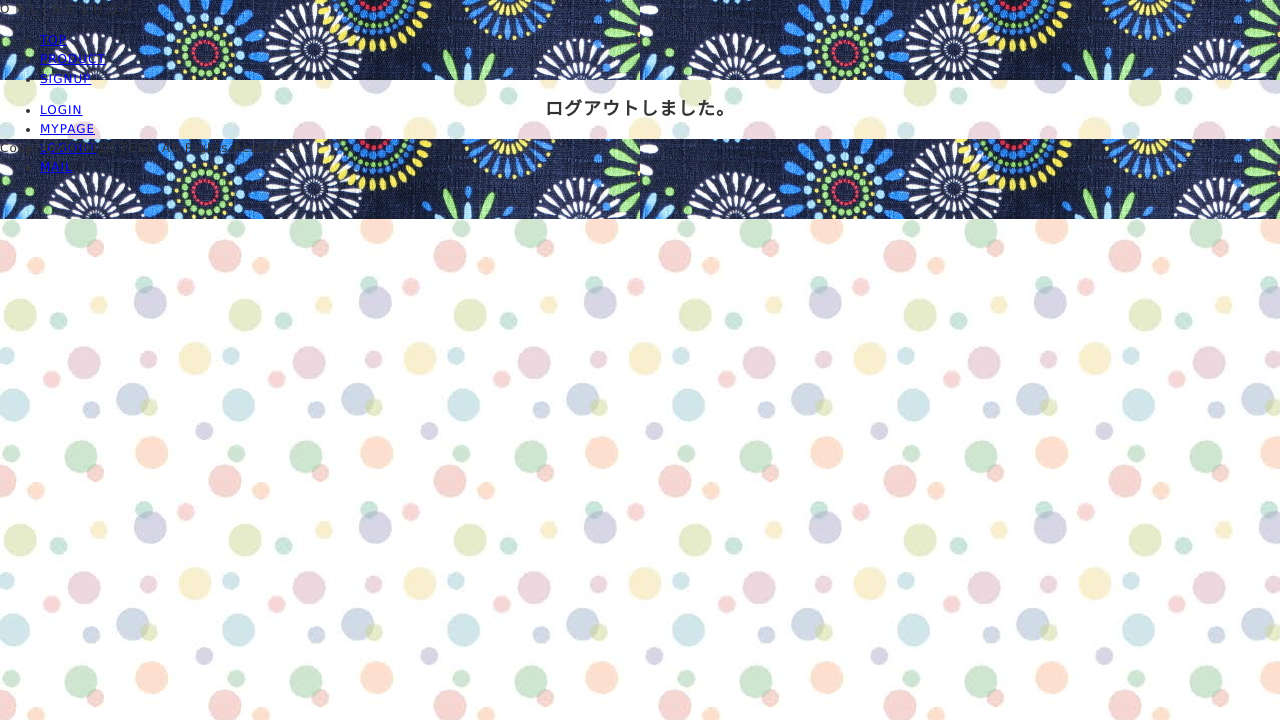
Repository: rt-1217/j2
Page: http://localhost/ecsite01/logout.jsp
An editor plug-in stored every save of this project. The page is shown before and after the next save, followed by the edit.
The browser window is 1280 px wide. The pictures show the whole page.
Some web fonts or font styles are not loaded; a fallback is used. The page is served by Tomcat 9. Other server files are loaded and not shown.

Above is the page before, as saved 2018-05-30 02:14:48.

### ecsite01/WebContent/logout.jsp
<%@ page language="java" contentType="text/html; charset=UTF-8"
    pageEncoding="UTF-8"%>
    <%@ taglib prefix="s" uri="/struts-tags" %>
<!DOCTYPE html PUBLIC "-//W3C//DTD HTML 4.01 Transitional//EN" "http://www.w3.org/TR/html4/loose.dtd">
<html>
<head>
<meta http-equiv="Content-Type" content="text/html; charset=UTF-8">
<meta http-equiv="Content-Style-Type" content="text/css" />
<meta http-equiv="Content-Script-Type" content="text/javascript" />
<meta http-equiv="imagetoolbar" content="no" />
<meta name="description" content="" />
<meta name="keywords" content="" />
<!-- CSSの読み込み -->
<link rel="stylesheet" type="text/css" href="./css/basis.css">
<link rel="stylesheet" type="text/css" href="./css/table.css">
<style>
@import url('https://fonts.googleapis.com/css?family=Press+Start+2P');
</style>
<link href="https://fonts.googleapis.com/css?family=Mystery+Quest" rel="stylesheet">

<title></title>
</head>
<body>
<s:include value="header.jsp"/>

<div id="main">
<h2>ログアウトしました。</h2>
</div>
<s:include value="footer.jsp"/>
</body>
</html>

### ecsite01/WebContent/header.jsp
<%@ page language="java" contentType="text/html; charset=UTF-8"
    pageEncoding="UTF-8"%>
        <%@ taglib prefix="s" uri="/struts-tags" %>
<!DOCTYPE html PUBLIC "-//W3C//DTD HTML 4.01 Transitional//EN" "http://www.w3.org/TR/html4/loose.dtd">
<html>
<head>
<meta http-equiv="Content-Type" content="text/html; charset=UTF-8">
<meta http-equiv="Content-Style-Type" content="text/css" />
<meta http-equiv="Content-Script-Type" content="text/javascript" />
<meta http-equiv="imagetoolbar" content="no" />
<meta name="description" content="" />
<meta name="keywords" content="" />
<!-- CSSの読み込み -->
<link rel="stylesheet" type="text/css" href="./css/basis.css">
<link rel="stylesheet" type="text/css" href="./css/table.css">
<style>
@import url('https://fonts.googleapis.com/css?family=Press+Start+2P');
</style>
<link href="https://fonts.googleapis.com/css?family=Mystery+Quest" rel="stylesheet">


<title>Header</title>
</head>
<body>


<div id="header">
<div class="header-logo">O N L I N E   S H O P </div>

<div class="top-menu">

<div class="left-list">
<ul class="top-li">
<li><a href='<s:url action="GoHomeAction"/>'>TOP</a></li>
<li><a href='<s:url action="ProductPageAction"/>'>PRODUCT</a></li>
<li><a href='<s:url action="UserCreateAction"/>'>SIGNUP</a></li>
</ul>
</div>

<div class="right-list">
<ul>
<li><a href='<s:url action="GoLoginAction"/>'>LOGIN</a></li>
<li><a href='<s:url action="MyPageAction"/>'>MYPAGE</a></li>
<li><a href='<s:url action="LogoutAction"/>'>LOGOUT</a></li>
<li><a href='<s:url action="InquiryAction"/>'>MAIL</a></li>
</ul>

</div>




</div>

</div>
</body>
</html>

### ecsite01/WebContent/footer.jsp
<%@ page language="java" contentType="text/html; charset=UTF-8"
    pageEncoding="UTF-8"%>
        <%@ taglib prefix="s" uri="/struts-tags" %>
<!DOCTYPE html PUBLIC "-//W3C//DTD HTML 4.01 Transitional//EN" "http://www.w3.org/TR/html4/loose.dtd">
<html>
<head>
<meta http-equiv="Content-Type" content="text/html; charset=UTF-8">
<meta http-equiv="Content-Style-Type" content="text/css" />
<meta http-equiv="Content-Script-Type" content="text/javascript" />
<meta http-equiv="imagetoolbar" content="no" />
<meta name="description" content="" />
<meta name="keywords" content="" />
<!-- CSSの読み込み -->
<link rel="stylesheet" type="text/css" href="./css/basis.css">
<link rel="stylesheet" type="text/css" href="./css/table.css">
<style>
@import url('https://fonts.googleapis.com/css?family=Press+Start+2P');
</style>
<link href="https://fonts.googleapis.com/css?family=Mystery+Quest" rel="stylesheet">
<title>Insert title here</title>
</head>
<body>




<div id="footer">
<div class="fotter-message">
Copyright©2018 TEST. All Rights Reserved.

</div>

</div>

</body>
</html>

### ecsite01/WebContent/css/basis.css
@CHARSET "UTF-8";

/* ========TAG LAYOUT======== */
body {
margin:0;
padding:0;
line-height:1.6;
letter-spacing:1px;
font-family:Verdana, Helvetica, sans-serif;
font-size:12px;
color:#333;
background:#fff;
background-image:url("../image/tama.jpg");
background-attachment: fixed;
/* background-size:contain; */
/* background-repeat: no-repeat; */


}
table {
text-align:center;
margin:0 auto;
}


/* ========ID LAYOUT======== */
#top {
width:780px;
margin:30px auto;
border:2px solid #333;
}
#header {
width: 100%;
height: 80px;
/* background-color: black; */
background-image:url("../image/hanabi2.jpg");

}
#main {
width: 100%;
height: 100%;
text-align: center;
}
#footer {
width: 100%;
height: 80px;
background-color: black;
clear:both;
background-image:url("../image/hanabi2.jpg");
}


.red{
	color:red;
}
/*floatの解除*/
.clear{
	clear:both;
}

### ecsite01/WebContent/css/table.css
@CHARSET "UTF-8";

.item-table{
	text-align:center;

}


.dl-list{
	margin:0px;
	padding:0px;
	width:100%;
}

.dd-list{
	width:31%;
	display:inline-block;

	background-color: rgba(226, 255, 225, 0.2);
 	font-size: 12px;
 	float:left;
	margin:0;
	padding:15px 0px;
	margin-left:2%;
	margin-bottom:20px;
}
.dd-list:last-child {
	margin-right: 0;
}

.button{
	margin:0 auto;
	text-align:center;
	width:100px;
	height:100px;
	 position: relative;
    display: inline-block;
    padding: 0.25em 0.5em;
    text-decoration: none;
    color: #FFF;
    background: #fd9535;/*色*/
    border-radius: 4px;/*角の丸み*/
    box-shadow: inset 0 2px 0 rgba(255,255,255,0.2), inset 0 -2px 0 rgba(0, 0, 0, 0.05);
    font-weight: bold;
    border: solid 2px #d27d00;/*線色*/

}

After the next save:
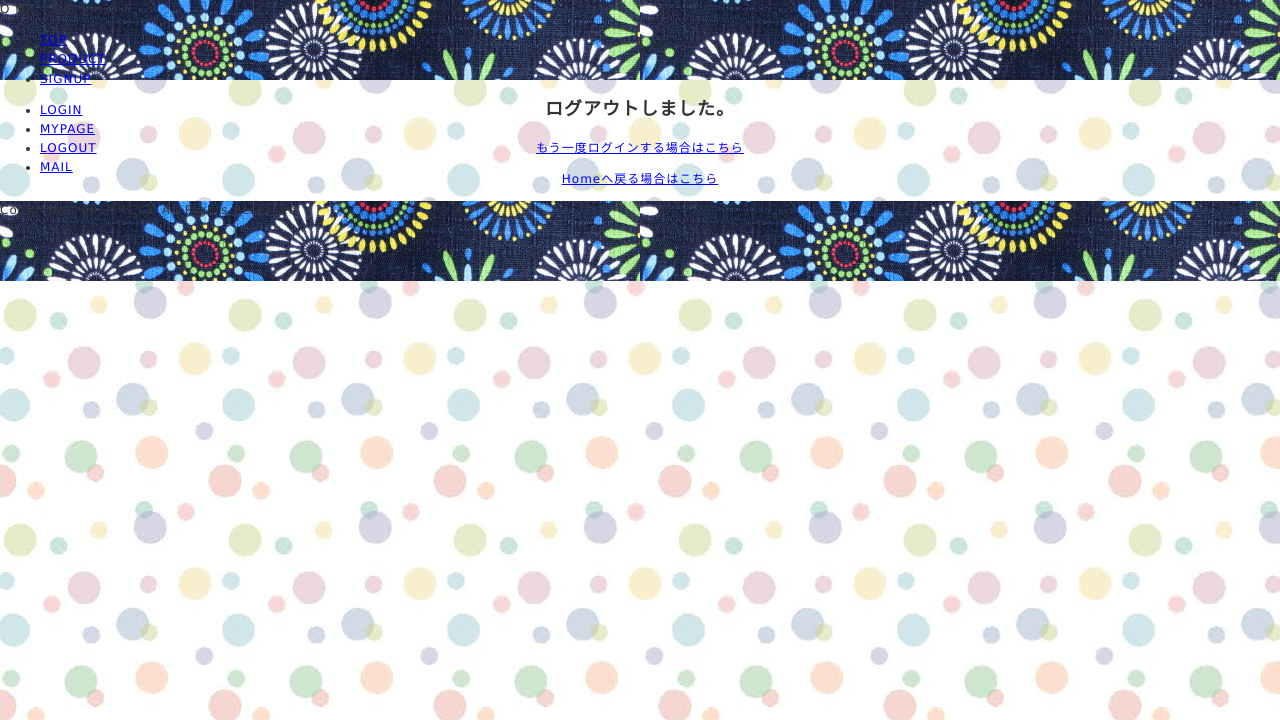
Saved 115 s later.
--- a/ecsite01/WebContent/logout.jsp
+++ b/ecsite01/WebContent/logout.jsp
@@ -25,6 +25,11 @@
 
 <div id="main">
 <h2>ログアウトしました。</h2>
+
+<p><a href='<s:url action="GoLoginAction"/>'>もう一度ログインする場合はこちら</a></p>
+<p><a href='<s:url action="GoHomeAction"/>'>Homeへ戻る場合はこちら</a></p>
+
+
 </div>
 <s:include value="footer.jsp"/>
 </body>
